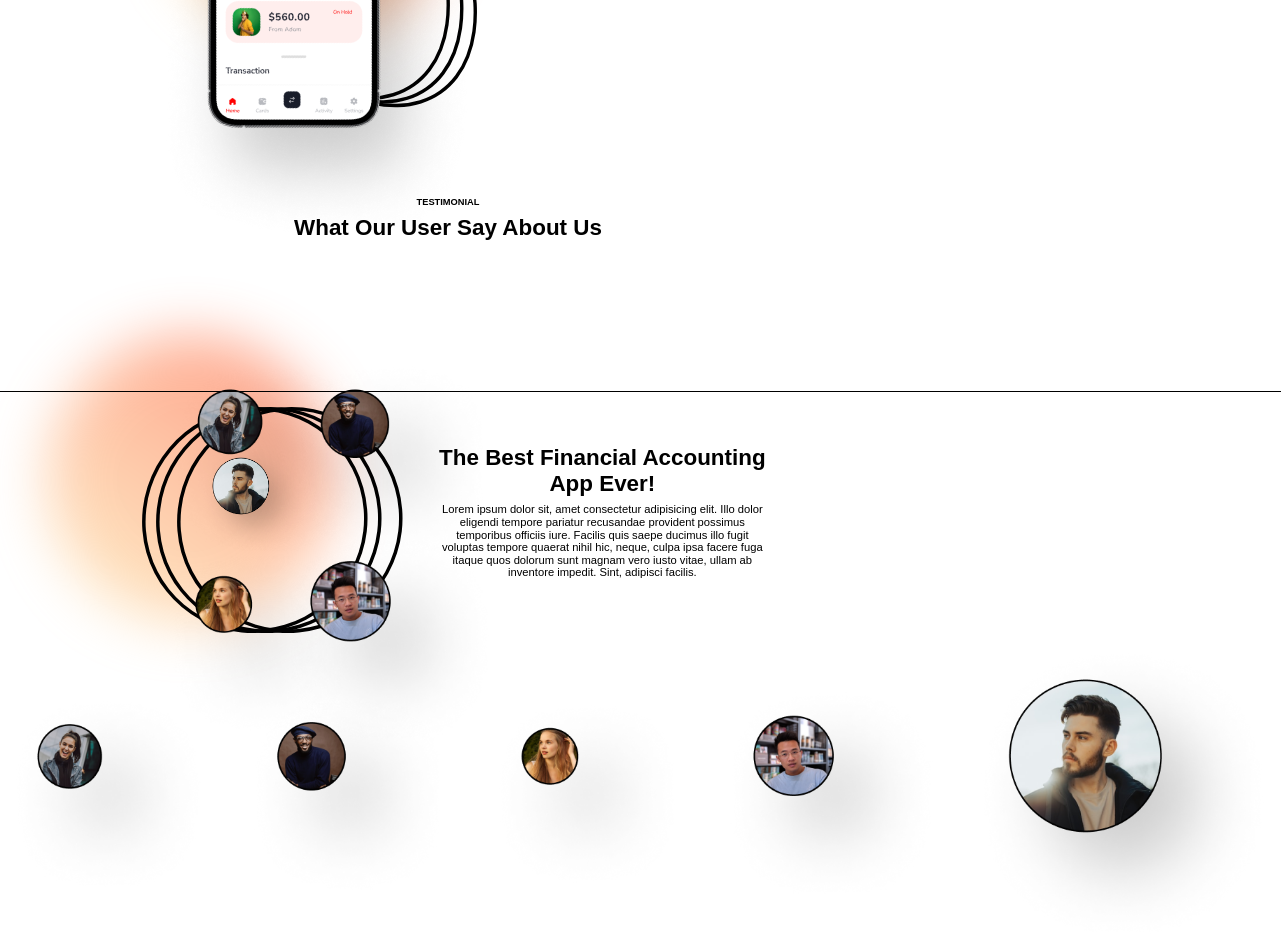
Repository: sakshambansal7/Uifry
Page: index.html
These files come from the project's save history. The page is drawn as it stood at one moment and after the next save; the edit follows.
The browser window is 1280 px wide. The page is 1831 px wide, then 1435 px, so the pictures cover 1831 px, including what lies to the right of the window. The pictures show the part of the page from y = 2346 to 3706 px (the page is 3706 px tall before and 3434 px after), at 70% of full size.
Some web libraries are served in a nearby version.

Above is the page before, as saved 2024-06-12 22:46:06.

### index.html
<!DOCTYPE html>
<html lang="en">
  <head>
    <meta charset="UTF-8" />
    <meta name="viewport" content="width=device-width, initial-scale=1.0" />
    <title>uifry.com</title>
    <link rel="stylesheet" href="style.css" />
    <link rel="stylesheet" href="https://cdnjs.cloudflare.com/ajax/libs/font-awesome/6.1.1/css/all.min.css">

  </head>
  <body>
    <nav class="navbar">
      <div>
        <img class="logo" src="./images/logo.png" alt="img" />
      </div>
      <div class="nav">
        <div><a href="#" class="nav__link active">Home </a></div>
        <div><a href="#" class="nav__link">About Us</a></div>
        <div><a href="#" class="nav__link">Pricing</a></div>
        <div><a href="#" class="nav__link">features</a></div>
      </div>
      <div class="download">
        <button class="button">Download</button>
      </div>
    </nav>
    <div class="part1 ">
      <div class="left">
        <div class="bg-shape1"></div>
        <h1>Make The Best Financial Decisions</h1>
        <div class="bg-shape1 position-1"></div> <!-- Duplicate for top and bottom -->
        <p>Lorem ipsum dolor sit amet consectetur, adipisicing elit. Fuga dolorem esse natus repellat modi, mollitia voluptates est.</p>
        <div class="cta-buttons">
          <button class="get-started-btn">Get Started <i class="fa-solid fa-arrow-right"></i></button>
          <button class="watch-video-btn"> <i class="fa-solid fa-circle-play"></i>Watch Video</button>
        </div>
      </div>

      <div class="right">
        <div class="bg-shape2"></div>
        <div class="elipse-common elipse"></div>
        <div class="elipse-common elipse1"></div>
        <div class="elipse-common elipse2"></div>

        <img class="image1" src="./images/iphone.png" alt="Mobile App Mockup" />
        <img class="image2" src="./images/igraph.png" alt="Mobile App Mockup" />
        <img class="image3" src="./images/iphone.png" alt="Mobile App Mockup" />
      </div>

    </div>
    <div class="part2">
      <div class="left">
        <div class="bg-shape2"></div>
        <div class="elipse-common elipse3"></div>
        <div class="elipse-common elipse4"></div>
        <div class="elipse-common elipse5"></div>

        <img class="image1" src="./images/iphone.png" alt="Mobile App Mockup" />

      </div>
      <div class="right">
        <h4>FEATURES</h4>
        <H1>Uifry Premium</H1>
        <h3><i class="fa-regular fa-star custom-color"></i> Budgeting intervals</h3>
        <p>Lorem ipsum dolor sit amet consectetur, adipisicing elit. Fuga dolorem esse natus repellat modi, mollitia voluptates est.</p>
        <h3> <i class="fa-solid fa-gear custom-color"></i> Budgeting intervals</h3>
        <p>Lorem ipsum dolor sit amet consectetur, adipisicing elit. Fuga dolorem esse natus repellat modi, mollitia voluptates est.</p>
        <h3><i class="fa-solid fa-star-of-life custom-color"></i>Budgeting intervals</h3>
        <p>Lorem ipsum dolor sit amet consectetur, adipisicing elit. Fuga dolorem esse natus repellat modi, mollitia voluptates est.</p>

      </div>
    </div>
    <div class="part3">
      <div class="left">
        <h4>ADVANTAGES</h4>
        <H1> Why Choose Uifry ?</H1>
        <h3><i class="fa-solid fa-bell custom-color"></i>Clever notificAations</h3>
        <p>Lorem ipsum dolor sit amet consectetur, adipisicing elit. Fuga dolorem esse natus repellat modi, mollitia voluptates est. Lorem ipsum dolor sit amet consectetur adipisicing elit. Perspiciatis expedita accusantium obcaecati dicta debitis optio quibusdam animi assumenda sit commodi?</p>

      </div>
      <div class="right">
        <div class="bg-shape2"></div>
        <div class="elipse-common elipse3"></div>
        <div class="elipse-common elipse4"></div>
        <div class="elipse-common elipse5"></div>
        <img src="./images/igraph.png" alt="img">
      </div>
    </div>
    <div class="part4">
      <div class="left">
        <div class="bg-shape2"></div>
        <div class="elipse-common elipse3"></div>
        <div class="elipse-common elipse4"></div>
        <div class="elipse-common elipse5"></div>
        <img src="./images/iphone.png" alt="img">
      </div>
      <div class="right">
        <h1><i class="fa-solid fa-star-of-life custom-color "></i>Fully Costomizable</h1>
        <p>Lorem ipsum dolor sit amet consectetur adipisicing elit. Quia magni, maxime ipsa perferendis eveniet amet ea. Dolorum, dolorem dignissimos architecto, voluptatibus iure aperiam excepturi atque deleniti blanditiis, debitis sed quia. Lorem ipsum, dolor sit amet consectetur adipisicing elit. A molestias esse, vero neque blanditiis veritatis ratione nesciunt dolore ullam aut!</p>
      </div>
    </div>
    <div class="parent-container">
      <h5>TESTIMONIAL</h5>
      <h1>What Our User Say About Us</h1>
  </div>

    <div class="part5">
      <div class="left">
        <div class="bg-shape2"></div>
        <div class="elipse-common elipse6"></div>
        <div class="elipse-common elipse7"></div>
        <div class="elipse-common elipse8"></div>

        <div class="img1 "><img src="./images/1.png" alt="img"></div>
        <div class="img2 "><img src="./images/2.png" alt="img"></div>
        <div class="img3 "><img src="./images/3.png" alt="img"></div>
        <div class="img4 "><img src="./images/4.png" alt="img"></div>
        <div class="main "><img src="./images/main.png" alt="img"></div>

      </div>
      <div class="right">
        <h1>The Best Financial Accounting App Ever!</h1>
        <p>Lorem ipsum dolor sit, amet consectetur adipisicing elit. Illo dolor eligendi tempore pariatur recusandae provident possimus temporibus officiis iure. Facilis quis saepe ducimus illo fugit voluptas tempore quaerat nihil hic, neque, culpa ipsa facere fuga itaque quos dolorum sunt magnam vero iusto vitae, ullam ab inventore impedit. Sint, adipisci facilis.</p>

        <div class="images">
          <img src="./images/1.png" alt="img">
          <img src="./images/2.png" alt="img">
          <img src="./images/3.png" alt="img">
          <img src="./images/4.png" alt="img">
          <img src="./images/main.png" alt="img">
        </div>
      </div>




    </div>
  </body>
  <script src="script.js"></script>
</html>

### style.css

*{
    margin: 0px;
    padding: 5px;

}
body {
  margin-left: 20vh;
  margin-right: 20vh;
  font-family: Arial, sans-serif;
  background: #fff;
  color: #000000;
  justify-content: center;
  box-sizing: border-box;
}

  /* navbar */
.logo {
  width: 120px;
}


.navbar{
  display: flex;
  justify-content: flex-start;

}
.nav{
  padding-top: 10px;
  display: flex;
  justify-content: center;

}
nav  {
  display: inline;
}

nav a {
  text-decoration: none;
  color: #333;
  font-weight: bold;
}


.button {
  width: 160px;
  height: 40px;
  border-radius: 3px;
  background-color: #000000;
  color: #fff;
  padding: 10px 20px;
  cursor: pointer;
  border: none;
  font-weight: bold;
  margin-left: 40vh;
}
.download{

  padding-top: 10px;
}


.nav__link {
    display: block;
    padding: .3125rem 1.5rem;
    text-transform: uppercase;
  }

  .nav__link.active  {

    color: #FF5E08;
  }

  /* part-1 */

  .part1 {
    height: 85vh;
    display: inline-flex;
        justify-content: space-between;
        top: 50px !important;
        inset: 0;


    padding: 60px 40px;
}

/* .absolute{
  position: absolute;
  inset: 0;
  justify-content: center;
  display: inline-flex;
  flex-direction: row;
} */
.left {
  max-width: 50%;
}

.part1 h1 {
  font-size: 3em;
  margin: 0 0 20px;
}

.part1 p {
  font-size: 1.2em;
  margin: 0 0 40px;
}

.cta-buttons {
  display: flex;
  gap: 20px;
}

.get-started-btn,
.watch-video-btn {
  background: #000;
  color: #fff;
  padding: 15px 30px;
  border: none;
  cursor: pointer;
  font-size: 1em;
  font-weight: bold;
}

.watch-video-btn {
  color: #000000;

  background: transparent;
}

.right {
  max-width: 50%;
  position: relative; /* Add position relative to use as a reference for absolute positioning */
}

.right .image1{

  position: absolute;
  z-index: 3;
  width: 100%;
  padding-left: 0px;



}
.right .image2 {
  position: absolute;
  padding-top: 50px;
  padding-left: 100px;


  z-index: 2;
  max-width: 100%;
}
.right .image3 {


  padding-top: 100px;
  padding-left: 200px;
  z-index: 1;
  max-width: 100%;
}
/* background-effect */


.justify-center{
  justify-content: center;
}

/* background-effect */
.left {
  max-width: 50%;
  position: relative; /* Add this line */
}

.bg-shape1 {
  width: 400px;
  height: 400px;
  border-radius: 9999px;
  position: absolute; /* Change to absolute for proper positioning */
  top: 0px; /* Positioning adjustments */
  left: 50%; /* Positioning adjustments */
  transform: translateX(-50%); /* Center the shape horizontally */
  z-index: -1; /* Ensure it's behind the text */
  background: linear-gradient(35deg,  #FDE598,#ff3508); /* Dual color gradient */
  opacity: 0.5; /* Adjust as necessary */
  filter: blur(40px);

}

.bg-shape2 {
  width: 400px;
  height: 400px;
  border-radius: 9999px;
  position: absolute; /* Change to absolute for proper positioning */
  top: 50px; /* Positioning adjustments */
  left: 50%; /* Positioning adjustments */
  transform: translateX(-50%); /* Center the shape horizontally */
  z-index: -1; /* Ensure it's behind the text */
  background: linear-gradient(35deg,  #FDE598,#ff3508); /* Dual color gradient */
  opacity: 0.5; /* Adjust as necessary */
  filter: blur(40px);

}

  /* circular shape */

  .elipse-common {

    background: none;
    border-radius: 50%;
    -ms-transform: rotate(40deg);  /* IE 9 */
    -webkit-transform: rotate(40deg);  /* Safari */
    transform: rotate(40deg);
    position: absolute;
    top: 150px;
    border: 5px solid black;
    z-index: -1; /* Ensure it's behind the text */
}

.elipse {
  width: 700px;
  height: 305px;
    left: 45px;

}

.elipse1 {
  width: 700px;
  height: 305px;
    left: 25px;
}

.elipse2 {
  width: 700px;
  height: 305px;
    left: 5px;
}
.elipse3 {
  width: 500px;
  height: 305px;
    left: 45px;

}

.elipse4 {
  width: 500px;
  height: 305px;
    left: 25px;
}

.elipse5 {
  width: 500px;
  height: 305px;
    left: 5px;
}


.part2{
  display: flex;
  height: 85vh;
}

  .part2 .left .image1{
    transform: rotate(15deg);
  }

  .part2 .right{
    margin-top: 20vh;

  }
  .part2 .right h3 h1{
    font-weight: 900; /* 400 is normal, 700 is bold */
  }
  .part2 .right h4{
    color: #FF5E08;
  }
  .custom-color {
    color: #FF5E08;
}

.part3{
  display: flex;
  align-items: center;
  justify-content: center;
  height: 80vh;



}
.part3 .left h4{
  color: #FF5E08;

}
.part3 .left p{
 font-weight: 100;

}
.part3 .right img{
  transform: rotate(15deg);

}


.part4{
  gap: 5vh;
  display: flex;
  align-items: center;
  justify-content: center;
  height: 80vh;

}


.part4  .left{
  transform: rotate(15deg);


}
.part4 .right{
  padding-bottom: 30vh;
}



.elipse6 {
  width: 300px;
  height: 305px;
    left: 65px;



}

.elipse7 {
  width: 300px;
  height: 305px;
    left: 45px;
}

.elipse8 {
  width: 300px;
  height: 305px;
    left: 95px;
}

.parent-container {
  text-align: center;
}

.part5{
  margin-top: 10vh;
  display: flex;
  gap: 30vh;
  position: relative;


}


.part5  img {
  position: relative;
  top: 50px;
  left: 50px;
}
.part5  .img1{
  position: absolute;
  top: 1vh;
  left: .1h;
  z-index: 4;



}
.part5  .img2{
  position: absolute;
  top: 1vh;
  left: 25vh;
  z-index: 5;

}
.part5  .img3{
  position: absolute;
  top: 38vh;
  left: .1vh;
  z-index: 3;


}
.part5  .img4{
  position: absolute;
  top: 35vh;
  left: 23vh;
  z-index: 2;


}
.part5 .main {
  position: relative;
  top: 19vh;
  left: 8vh;
  z-index: 1;

}

/* Adjust the size of the image within the .main div */
.part5 .main img {
  width: 80%; /* Decrease the width to 50% of its original size */
  height: auto; /* Maintain aspect ratio */
}


.part5 .right{
  margin-top:25vh ;
}

/* Center the content within the .right container */
.right {
  display: flex;
  flex-direction: column;
  align-items: center;
  text-align: center;
  padding: 20px; /* Optional padding for better spacing */
}

/* Center the .images container */
.images {
  display: flex;
  align-items: center;
  justify-content: center;
  gap: 15px;
  margin-top: 20px; /* Add some margin to separate from the text above */
}

/* Style each .img div to be circular and centered */
.images .img {
  background-color: #ff3508;
  display: flex;
  align-items: center;
  justify-content: center;
  width: 10vh;
  height: 10vh;
  border-radius: 50%;
  overflow: hidden; /* Ensure the images fit within the circular divs */
}

/* Ensure the images fill the .img containers */
.images .img img {
  width: 100%;
  height: 100%;
  object-fit: cover; /* Ensures the image covers the entire area of the div */
}

### script.js
document.addEventListener('DOMContentLoaded', function() {
    const selector = '.nav__link';
    const elems = Array.from( document.querySelectorAll( selector ) );
    const navigation = document.querySelector( 'nav' );

    function makeActive( evt ) {
      const target = evt.target;

      if ( !target || !target.matches( selector ) ) {
        return;
      }

      elems.forEach( elem => elem.classList.remove( 'active' ) );

        evt.target.classList.add( 'active' );
    };

    navigation.addEventListener( 'mousedown', makeActive );

    } );

After the next save:
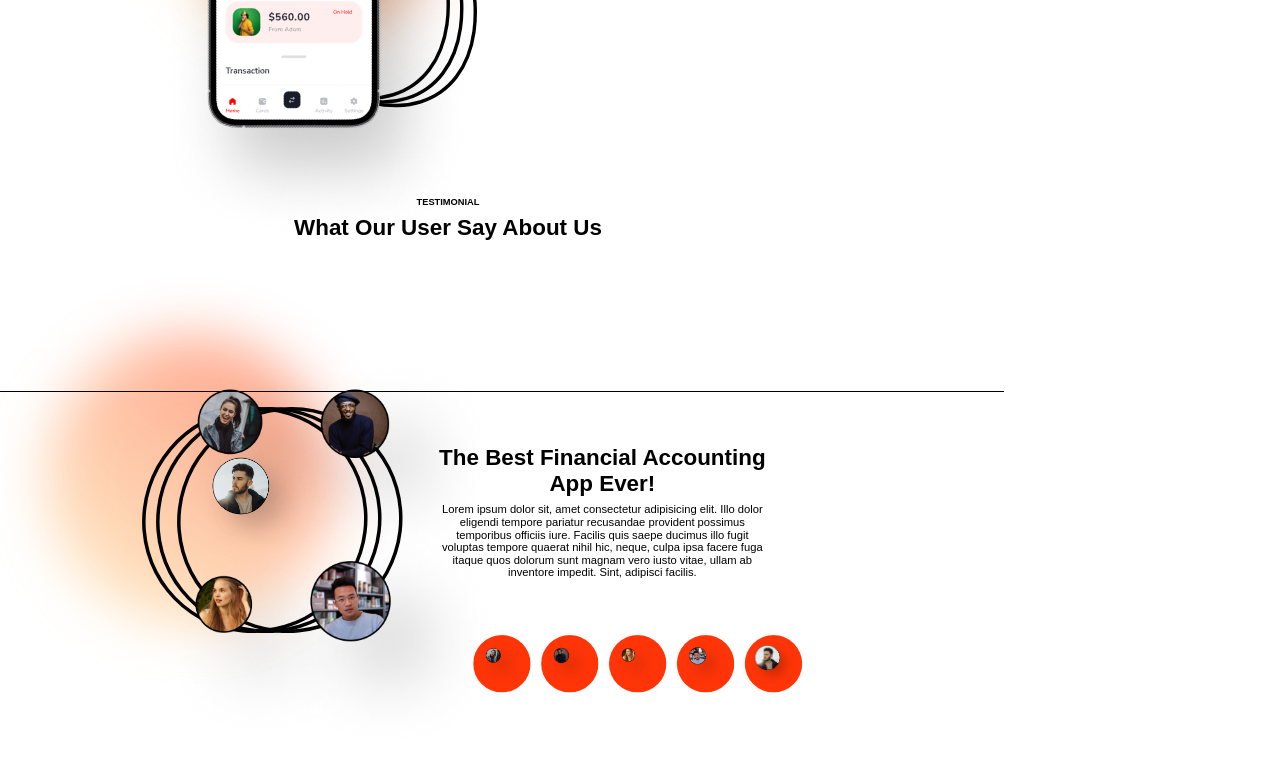
Saved 18 s later.
--- a/style.css
+++ b/style.css
@@ -413,7 +413,6 @@ nav a {
   margin-top:25vh ;
 }
 
-/* Center the content within the .right container */
 .right {
   display: flex;
   flex-direction: column;
@@ -431,21 +430,12 @@ nav a {
   margin-top: 20px; /* Add some margin to separate from the text above */
 }
 
-/* Style each .img div to be circular and centered */
-.images .img {
+/* Style each img to be circular and centered */
+.images img {
   background-color: #ff3508;
-  display: flex;
-  align-items: center;
-  justify-content: center;
   width: 10vh;
   height: 10vh;
   border-radius: 50%;
-  overflow: hidden; /* Ensure the images fit within the circular divs */
-}
-
-/* Ensure the images fill the .img containers */
-.images .img img {
-  width: 100%;
-  height: 100%;
-  object-fit: cover; /* Ensures the image covers the entire area of the div */
-}
+  object-fit: cover; /* Ensures the image covers the entire area */
+  display: block; /* Ensures the image is treated as a block element */
+}
